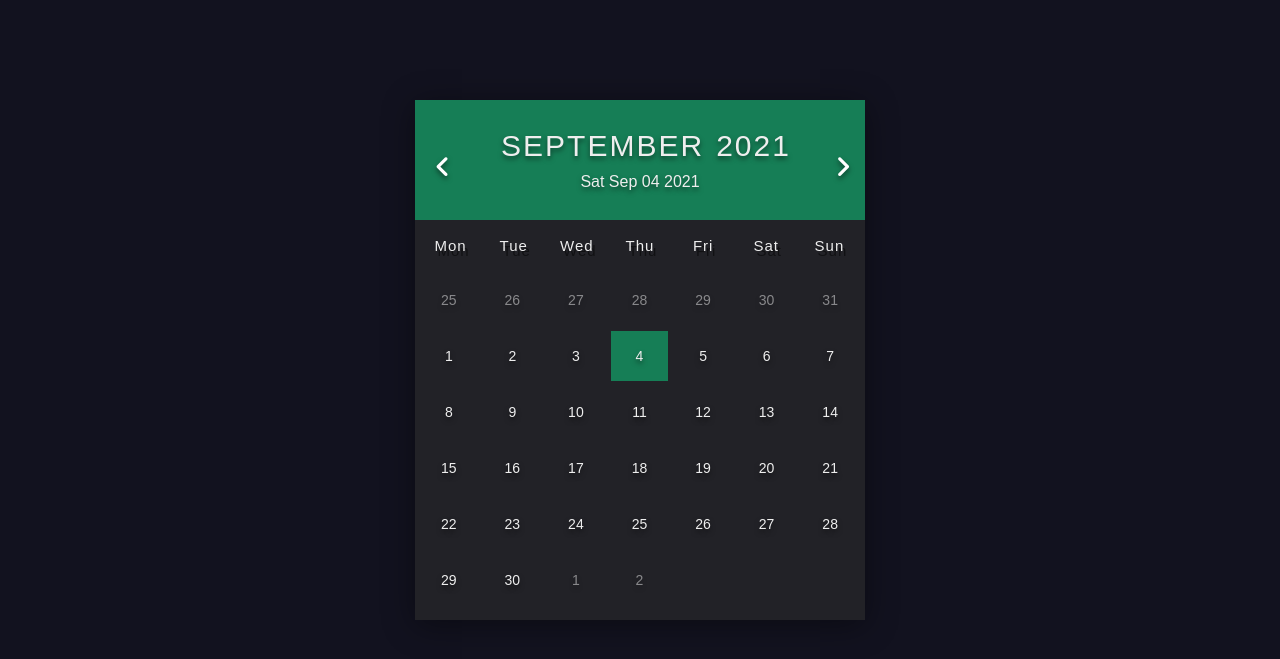
Repository: dboinska/calendar
Page: index.html
The author's editor kept a copy of each file at every save. The page is drawn from the files as they stood at one save, then again after the next save.
The browser window is 1280 px wide. The pictures show the whole page.
Some web libraries are served in a nearby version.

Above is the page before, as saved 2021-09-08 00:01:10.

### index.html
<!DOCTYPE html>
<html lang="en">
  <head>
    <meta charset="UTF-8" />
    <meta http-equiv="X-UA-Compatible" content="IE=edge" />
    <meta name="viewport" content="width=device-width, initial-scale=1.0" />
    <title>Calendar</title>
    <script
      src="https://kit.fontawesome.com/5567926149.js"
      crossorigin="anonymous"
    ></script>
    <link rel="stylesheet" href="style.css" />
  </head>
  <body>
    <div class="container">
      <div class="calendar">
        <div class="month">
          <i class="fas fa-angle-left prev"></i>
          <div class="date">
            <div class="header">
              <h1></h1>
              <h2></h2>
            </div>
            <p class="currentDate"></p>
          </div>
          <i class="fas fa-angle-right next"></i>
        </div>
        <div class="weekdays">
          <div>Mon</div>
          <div>Tue</div>
          <div>Wed</div>
          <div>Thu</div>
          <div>Fri</div>
          <div>Sat</div>
          <div>Sun</div>
        </div>
        <div class="days"></div>
      </div>
    </div>
    <script src="script.js"></script>
  </body>
</html>

### style.css
* {
  margin: 0;
  padding: 0;
  box-sizing: border-box;
  font-family: "Quicksand", sans-serif;
}

html {
  font-size: 62.5%;
}

.container {
  width: 100%;
  height: 100vh;
  background-color: #12121f;
  color: #eee;
  display: flex;
  justify-content: center;
  align-items: center;
}

.calendar {
  width: 45rem;
  height: 52rem;
  background-color: #222227;
  box-shadow: 0 0.5rem 3rem rgba(0, 0, 0, 0.4);
}

.fas {
  height: 10px;
  width: 10px;
  color: white;
}

.month {
  width: 100%;
  height: 12rem;
  background-color: #167e56;
  display: flex;
  justify-content: space-between;
  align-items: center;
  padding: 0 2rem;
  text-align: center;
  text-shadow: 0 0.3rem 0.5rem rgba(0, 0, 0, 0.5);
}

.month i {
  font-size: 2.5rem;
  cursor: pointer;
}

.month h1,
h2 {
  font-size: 3rem;
  font-weight: 400;
  text-transform: uppercase;
  letter-spacing: 0.2rem;
  margin-bottom: 1rem;
  padding-left: 1.2rem;
}

.month p {
  font-size: 1.6rem;
}

.weekdays {
  width: 100%;
  height: 5rem;
  padding: 0 0.4rem;
  display: flex;
  align-items: center;
}

.weekdays div {
  font-size: 1.5rem;
  font-weight: 400;
  letter-spacing: 0.1rem;
  width: calc(44.2rem / 7);
  display: flex;
  justify-content: center;
  align-items: center;
  text-shadow: 0.3rem 0.5rem rgba(0, 0, 0, 0.5);
}

.days {
  width: 100%;
  display: flex;
  flex-wrap: wrap;
  padding: 0.2rem;
}

.days div {
  font-size: 1.4rem;
  margin: 0.3rem;
  width: calc(40.3rem / 7);
  height: 5rem;
  display: flex;
  justify-content: center;
  align-items: center;
  text-shadow: 0 0.3rem 0.5rem rgba(0, 0, 0, 0.5);
  transition: all 0.5s ease;
}

.days div:hover:not(.today) {
  background-color: #777;
  color: black;
  cursor: pointer;
  transition: all 0.5s ease;
}

.prev-date,
.next-date {
  opacity: 0.5;
}

.header {
  display: flex;
}

.clickedDay {
  background-color: #167e56;
}

p.currentDate {
  cursor: pointer;
}

### script.js
// const monthDays = document.querySelector(".days");
const date = new Date();
const renderCalendar = () => {
  const monthDays = document.querySelector(".days");
  const d = new Date(date.getFullYear(), date.getMonth() + 1, 0);
  const lastDay = new Date(
    date.getFullYear(),
    date.getMonth() + 1,
    0
  ).getDate();
  const prevLastDay = new Date(
    date.getFullYear(),
    date.getMonth(),
    0
  ).getDate();
  const firstDayIndex = date.getDay();
  const lastDayIndex = new Date(
    date.getFullYear(),
    date.getMonth(),
    0
  ).getDay();
  //console.log(lastDayIndex);
  //console.log(lastDay);

  const nextDays = 7 - lastDayIndex - 1;
  const months = [
    "January",
    "February",
    "March",
    "April",
    "May",
    "June",
    "July",
    "August",
    "September",
    "October",
    "November",
    "December",
  ];

  document.querySelector(".date h1").textContent = months[date.getMonth()];
  document.querySelector(".date h2").textContent = date.getFullYear();
  document.querySelector(".date p").textContent = new Date().toDateString();

  // monthDays = "";
  //let days = "";

  monthDays.replaceChildren();

  if (lastDayIndex !== 0) {
    for (let x = firstDayIndex + 1; x > 0; x--) {
      const div = document.createElement("div");
      div.textContent = prevLastDay - x + 1;
      div.className = "prev-date";
      monthDays.appendChild(div);
      //days += `<div class="prev-date">${prevLastDay - x + 1}</div>`;
    }
    //  console.log(firstDayIndex - 1, "nie poniedziałek");
  }

  for (let i = 1; i <= lastDay; i++) {
    if (
      i === new Date().getDate() &&
      date.getMonth() === new Date().getMonth()
    ) {
      const div = document.createElement("div");
      div.textContent = i;
      div.className = "today clickedDay";
      monthDays.appendChild(div);
      //days += `<div class="today">${i}</div>`;
    } else {
      let div = document.createElement("div");
      div.textContent = i;
      monthDays.appendChild(div);
      // days += `<div>${i}</div>`;
    }

    //monthDays.innerHTML = days;
  }
  // console.log(
  //   "next days",
  //   nextDays,
  //   "last day index",
  //   lastDayIndex,
  //   "firstdayindex",
  //   firstDayIndex,
  //   "prevlastday",
  //   prevLastDay,
  //   "d",
  //   d.getDay()
  // );
  //for (let j = 1; j <= nextDays - 1; j++) {

  if (d.getDay() !== 6) {
    for (let j = 1; j <= 7 - d.getDay() - 1; j++) {
      console.log(d.getDay(), j);
      let div = document.createElement("div");
      div.textContent = j;
      div.className = "next-date";
      monthDays.appendChild(div);
      // days += `<div class="next-date">${j}</div>`;
      //monthDays.innerHTML = days;
    }

    if (d.getDay() === 2 || d.getDay() == 3) {
      for (let j = 1; j <= 7 - d.getDay(); j++) {
        console.log(d.getDay(), j);
        let div = document.createElement("div");
        div.textContent = j;
        div.className = "next-date";
        monthDays.appendChild(div);
        // days += `<div class="next-date">${j}</div>`;
        //monthDays.innerHTML = days;
      }
    }
  }

  monthDays.addEventListener("click", (event) => {
    //console.log(event.currentTarget, event.target.textContent);

    const today = document.querySelector(".today");
    if (today) {
      today.classList.remove("clickedDay");
    }
    const findClickedDay = [...monthDays.childNodes].find((day) => {
      return day.classList.contains("clickedDay");
    });
    if (
      findClickedDay &&
      !event.target.classList.contains("days") &&
      !event.target.classList.contains("prev-date") &&
      !event.target.classList.contains("next-date")
    ) {
      findClickedDay.classList.remove("clickedDay");
    }

    if (
      !event.target.classList.contains("days") &&
      !event.target.classList.contains("prev-date") &&
      !event.target.classList.contains("next-date")
    ) {
      event.target.classList.add("clickedDay");
    }
  });
  // const days = [...document.querySelectorAll(".days div")];
  // function clickDay(day) {
  //   days.addEventListener("click", () => {
  //     day.classList.add("clickedDay");
  //   });
  // }
  // console.log(days);
};
// date.setDate(1);
// console.log(date.getDay());
// const month = date.getMonth();
// console.log(month);

function backToPrevMonth() {
  date.setMonth(date.getMonth() - 1);
  //console.log("month", date.getMonth());
  renderCalendar();
}

function goToNextMonth() {
  date.setMonth(date.getMonth() + 1);
  //console.log("month", date.getMonth());
  renderCalendar();
}

const prevMonth = document.querySelector(".prev");
const nextMonth = document.querySelector(".next");

prevMonth.addEventListener("click", backToPrevMonth);

document.addEventListener("keydown", function (e) {
  if (e.keyCode == "37") {
    backToPrevMonth();
  }
});

nextMonth.addEventListener("click", goToNextMonth);

document.addEventListener("keydown", function (e) {
  if (e.keyCode == "39") {
    goToNextMonth();
  }
});

const currentDate = document.querySelector(".currentDate");

currentDate.addEventListener("click", (event) => {
  //console.log(" p clicked");
  const today = document.querySelector(".today");
  const monthDays = document.querySelector(".days");

  const findClickedDay = [...monthDays.childNodes].find((day) => {
    return day.classList.contains("clickedDay");
  });
  if (findClickedDay) {
    findClickedDay.classList.remove("clickedDay");
    today.classList.add("clickedDay");
  }
});

renderCalendar();

After the next save:
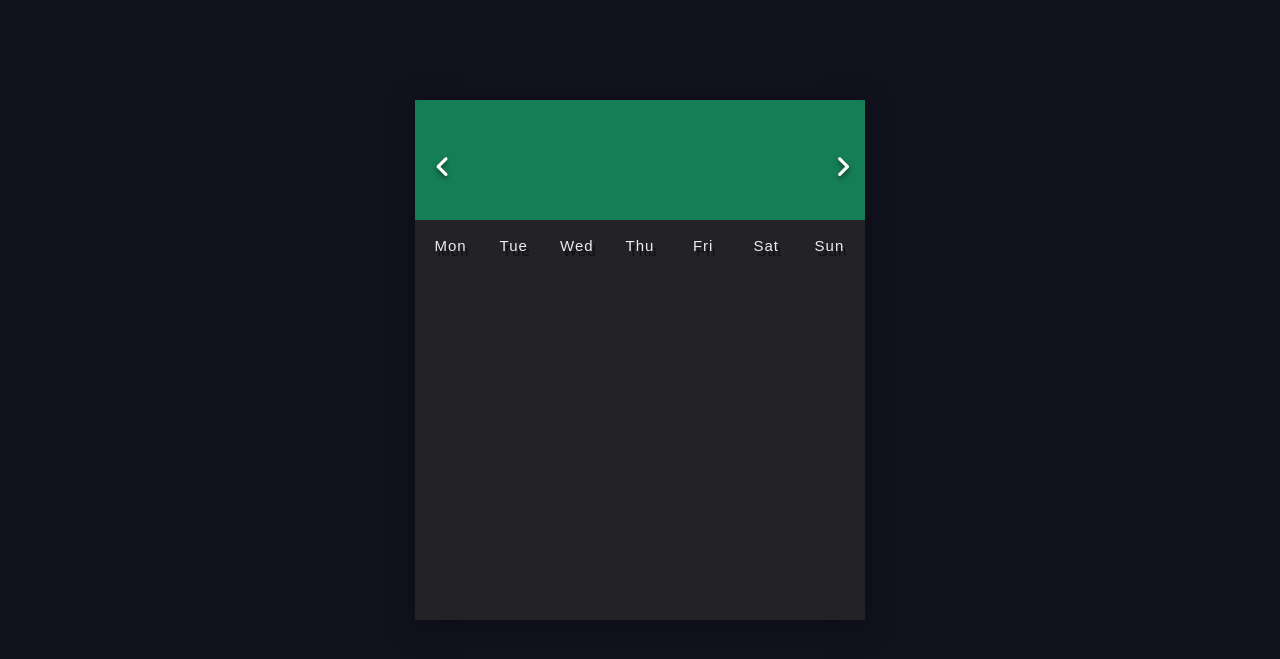
Console error: SyntaxError: Unexpected token ')'
Saved 15 s later.
--- a/script.js
+++ b/script.js
@@ -91,8 +91,8 @@
   // );
   //for (let j = 1; j <= nextDays - 1; j++) {
 
-  if (d.getDay() !== 6) {
-    for (let j = 1; j <= 7 - d.getDay() - 1; j++) {
+  if (d.getDay() !== 0 &&) {
+    for (let j = 1; j <= 7 - d.getDay(); j++) {
       console.log(d.getDay(), j);
       let div = document.createElement("div");
       div.textContent = j;
@@ -100,18 +100,6 @@
       monthDays.appendChild(div);
       // days += `<div class="next-date">${j}</div>`;
       //monthDays.innerHTML = days;
-    }
-
-    if (d.getDay() === 2 || d.getDay() == 3) {
-      for (let j = 1; j <= 7 - d.getDay(); j++) {
-        console.log(d.getDay(), j);
-        let div = document.createElement("div");
-        div.textContent = j;
-        div.className = "next-date";
-        monthDays.appendChild(div);
-        // days += `<div class="next-date">${j}</div>`;
-        //monthDays.innerHTML = days;
-      }
     }
   }
 

After the save that followed:
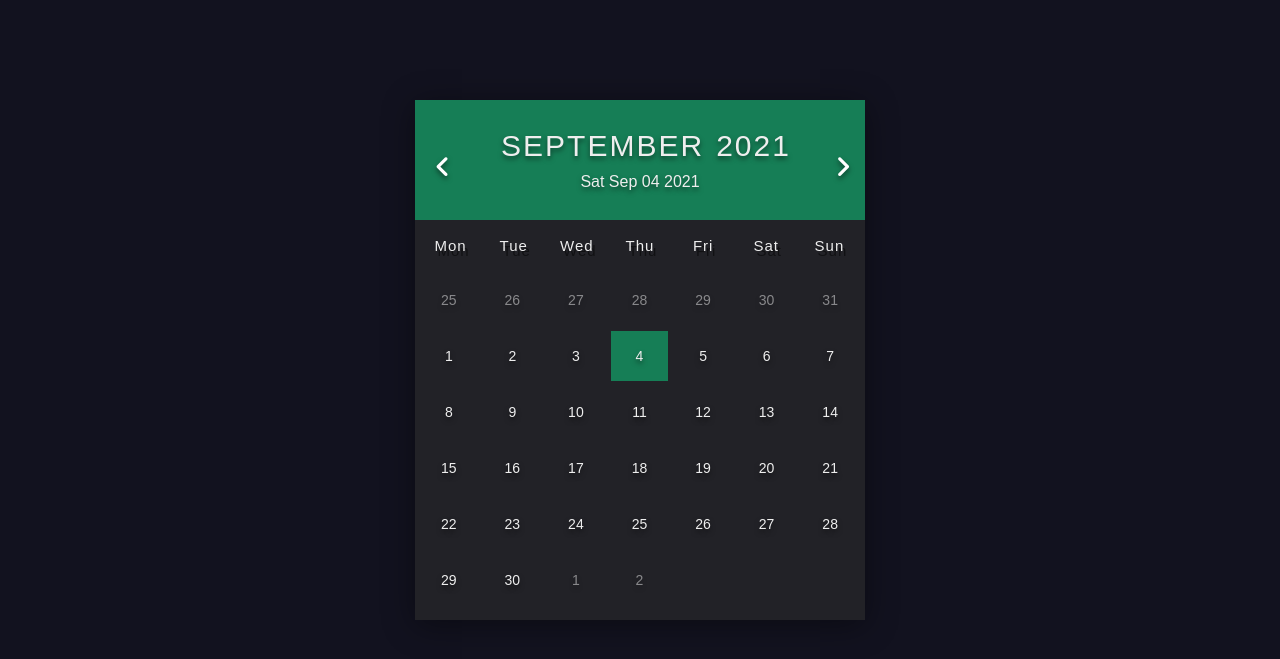
The error is gone.
Saved 21 s later.
--- a/script.js
+++ b/script.js
@@ -91,8 +91,8 @@
   // );
   //for (let j = 1; j <= nextDays - 1; j++) {
 
-  if (d.getDay() !== 0 &&) {
-    for (let j = 1; j <= 7 - d.getDay(); j++) {
+  if (d.getDay() !== 6) {
+    for (let j = 1; j <= 7 - d.getDay() - 1; j++) {
       console.log(d.getDay(), j);
       let div = document.createElement("div");
       div.textContent = j;
